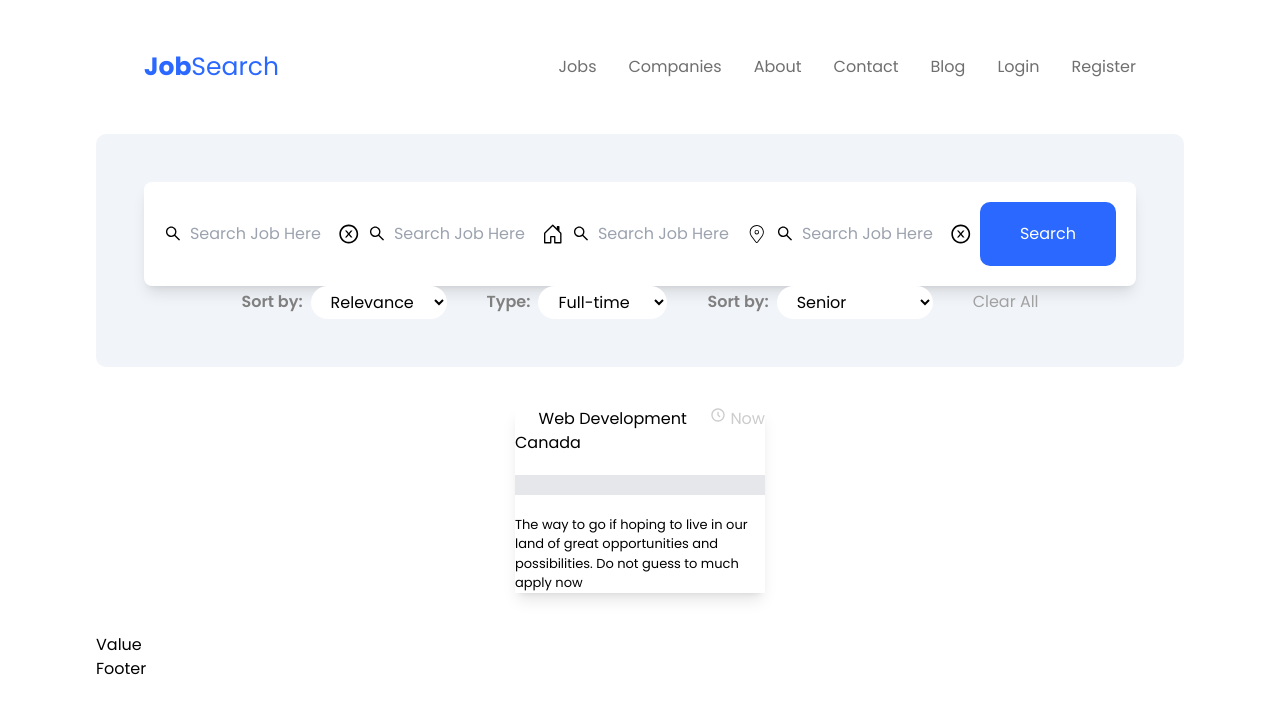
Repository: countaustin1990/Job-Search-website
Page: / (app in vite-project/)
These files come from the project's save history. The page is drawn as it stood at one moment and after the next save; the edit follows.
The browser window is 1280 px wide. The pictures show the whole page.
The project was rebuilt for these pictures with package versions that can differ from the ones it lists, and the page was loaded fresh each time. Also part of the build but not shown: vite-project/vite.config.js.

Above is the page before, as saved 2023-08-12 19:05:39.

After the next save:
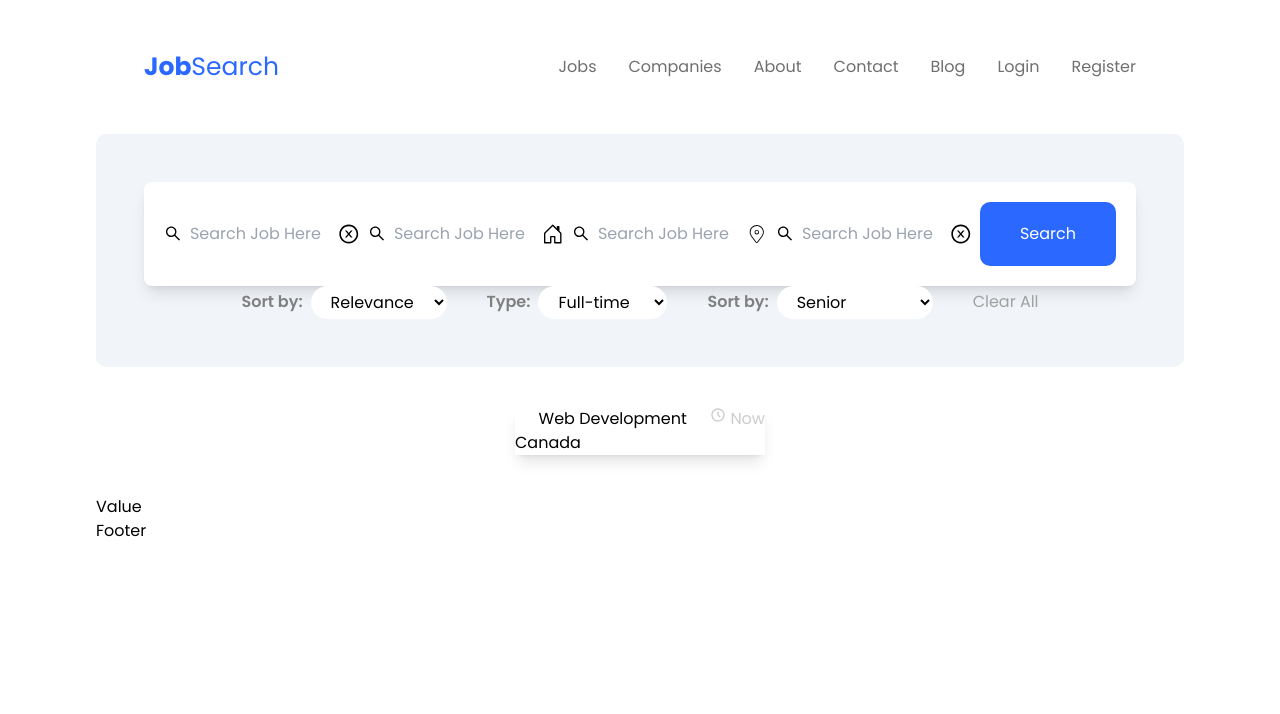
Saved 3 min 33 s later.
--- a/vite-project/src/components/Job.jsx
+++ b/vite-project/src/components/Job.jsx
@@ -18,10 +18,7 @@ import { BiTimeFive } from 'react-icons/bi'
 
                     <h6 className='text-[#ccc]'/>Canada
 
-                    <p className='text-[13px] text-[#95959] pt-[20px] border-t-[20px] mt-[20px] group-hover:text-white'>
-                        The way to go if hoping to live in our land of great opportunities and possibilities. Do not guess to much apply now
 
-                    </p>
                 </div>
             </div>
         </div>
